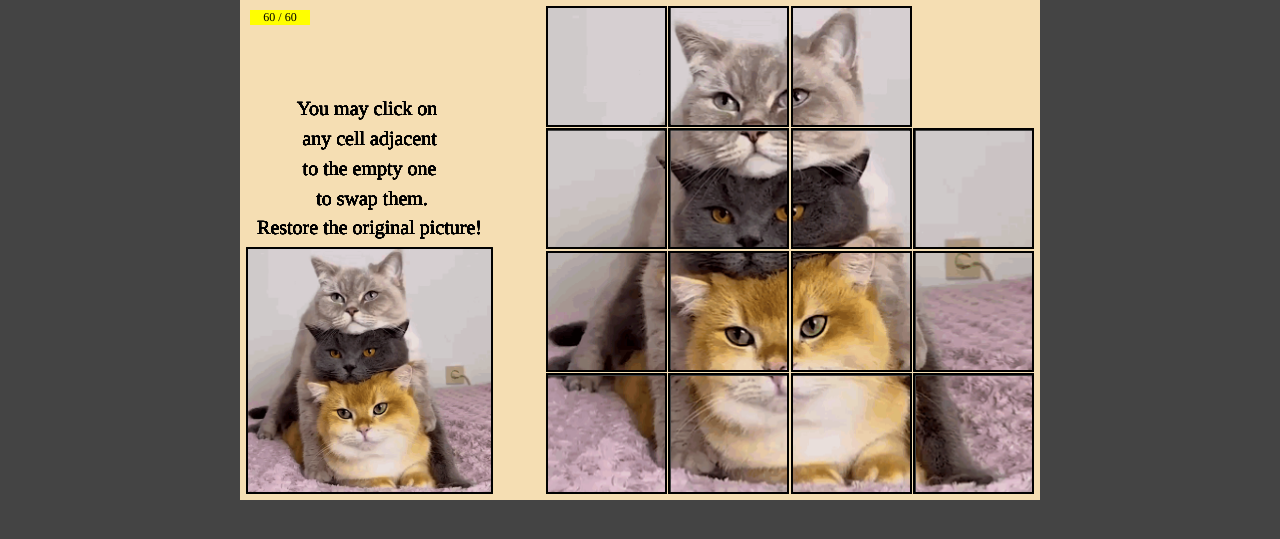
Repository: StevenZsombo/games
Page: docs/index.html
These files come from the project's save history. The page is drawn as it stood at one moment and after the next save; the edit follows.
The browser window is 1280 px wide. The pictures show the whole page.

Above is the page before, as saved 2025-07-02 20:59:07.

### docs/index.html
<!DOCTYPE html>
<html lang="en">

<head>
  <meta charset="UTF-8">
  <meta name="viewport" content="width=device-width, initial-scale=1.0">
  <title>Game by Steven Zs :)</title>
  <style>
    body {
      margin: 0;
      padding: 0;
      min-height: 100vh;
      display: flex;
      justify-content: center;
      background: #444;
    }

    #canvasContainer {
      margin: 0;
      max-width: 800px;
      max-height: 500px;
      width: 100%;
      background: #000000;
    }

    #canvasContainer.full {
      position: fixed;
      top: 0;
      left: 0;
      right: 0;
      bottom: 0;
      margin: 0;
      max-width: none;
      max-height: none;
      display: flex;
      align-items: center;
      justify-content: center;
    }

    canvas {
      display: block;
      background: #000000;
      aspect-ratio: 800/500;
      width: 100%;
      height: auto;
    }

    #canvasContainer.full canvas {
      width: min(100vw, calc(100vh * 1.6));
      height: min(100vh, calc(100vw / 1.6));
      max-width: none;
      max-height: none;
    }
  </style>
</head>

<body>
  <div id="canvasContainer">
    <canvas id="myCanvas" width="800" height="500"></canvas>
  </div>

  <script>
    function fullscreenToggle() {
      document.getElementById('canvasContainer').classList.toggle('full');
    }
  </script>
  <script src="MM.js"></script>
  <script src="scripts.js"></script>
  <script src="animations.js"></script>
  <script src="gui.js"></script>
  <script src="template.js"></script>
</body>

</html>

### docs/template.js
//should import scripts.js
const framerateUnlocked = false
const denybuttons = false

window.onload = function () {
    let canvas = document.getElementById("myCanvas")
    canvas.style.touchAction = 'none'
    canvas.style.userSelect = 'none'
    canvas.style.webkitUserDrag = 'none'
    document.addEventListener('dragover', (e) => {
        e.preventDefault()
        e.stopPropagation()
    }
    )
    document.addEventListener('drop', (e) => {
        e.preventDefault()
        e.stopPropagation()
    }
    )
    canvas.tabIndex = 0
    //canvas.focus()
    beforeMain(canvas)
}

const beforeMain = function (canvas) {
    cropper = new Cropper()
    const cont = {}
    cropper.load_images("cats.png arrows.png".split(" "), cont, () => {
        files.push(cont["cats.png"])
        files.push(cont["arrows.png"])
        main(canvas)
    })


}

const main = function (canvas) {
    canvas ??= document.getElementById("myCanvas")
    game = new Game(canvas)
    game.tick()
}

class Game {
    constructor(canvas) {
        this.canvas = canvas
        this.screen = canvas.getContext("2d")
        this.WIDTH = canvas.width
        this.HEIGHT = canvas.height
        this.SIZE = {
            x: this.WIDTH,
            y: this.HEIGHT
        }
        this.rect = new Rect(0, 0, this.WIDTH, this.HEIGHT)
        this.BGCOLOR = stgs.BGCOLOR ?? "lightgray"
        //null for transparent
        this.CENTER = {
            x: this.SIZE.x / 2,
            y: this.SIZE.y / 2
        }

        this.mouser = new Mouser(canvas)
        this.keyboarder = new Keyboarder(denybuttons)
        this.framerate = new Framerater(true)
        this.framerateUnlocked = framerateUnlocked //redundant unless reused
        this.animator = new Animator()

        this.on_update_extras = []
        this.on_draw_extras = []
        this.append = []

        this.layers = Array(10).fill([])
        this.clickables = []

        this.add_clickable(this.framerate.button) //may be unwise


        this.lastCycleTime = Date.now()

        this.isRunning = true
        this.isDrawing = true

        this.initialize()
        this.initialize_more()
    }
    initialize() {

    }

    tick() {
        if (!this.isDrawing) {
            this.drawnAlready = true
        }
        if (!this.isRunning) {
            return
        }
        const now = Date.now()
        const dt = (now - this.lastCycleTime)
        this.lastCycleTime = now

        const screen = this.screen
        this.drawnAlready ? null : this.draw_reset(screen)
        this.update(dt)
        this.update_more(dt)
        this.on_update_extras.forEach(x => x.call(this))
        this.drawnAlready ? null : this.draw(screen)
        this.drawnAlready ? null : this.draw_more(screen)
        this.on_draw_extras.forEach(x => x.call(this))
        this.next_loop()
        this.next_loop_more()
        this.append.forEach(x => x.call(this))
        this.append.length = 0
        if (!this.isRunning) {
            return
        }

        this.framerate.update(dt, this.drawnAlready)
        if (!this.framerateUnlocked) {
            requestAnimationFrame(this.tick.bind(this))
        } else {
            setTimeout(this.tick.bind(this), 0)
            if (!this.drawnAlready) {
                this.drawnAlready = true
                requestAnimationFrame((function () { this.drawnAlready = false }).bind(this))
                this.animator.draw()
            }
        }




    }

    update(dt) {
        //update
        const now = Date.now()
        this.keyboarder.update(dt, now)
        this.update_clickables(dt)
        this.animator.update(dt)
        this.update_more(dt)

    }

    update_clickables(dt) {
        for (const b of this.clickables) {
            b.check(this.mouser.x, this.mouser.y, this.mouser.clicked, this.mouser.released, this.mouser.held)
        }

    }

    draw(screen) {
        //draw
        this.draw_layers(screen)
        this.framerate.draw(screen)

    }

    draw_reset(screen) {
        if (this.BGCOLOR) {
            screen.fillStyle = this.BGCOLOR
            screen.fillRect(0, 0, this.WIDTH, this.HEIGHT)
        } else {
            screen.clearRect(0, 0, this.WIDTH, this.HEIGHT)
        }
    }

    draw_layers(screen) {
        for (const layer of this.layers) {
            for (const item of layer) {
                item.draw(screen)
            }
        }
    }

    next_loop() {
        this.mouser.next_loop()
        this.keyboarder.next_loop()
    }
    close() {
        this.isRunning = false
        setTimeout(x => game.screen.fillRect(0, 0, game.WIDTH, game.HEIGHT), 100)

    }
    add_clickable(item, layer = 5) {
        this.add_drawable(item, layer)
        this.clickables.push(item)
    }
    add_drawable(item, layer = 5) {
        this.layers[layer].push(item)
    }


    ////////////////////////////////////////////////////////////////////////////////////////////////////////////////////
    ////////////////////////////////////////////////////////////////////////////////////////////////////////////////////
    ////////////////////////////////////////////////////////////////////////////////////////////////////////////////////
    ////////////////////////////////////////////////////////////////////////////////////////////////////////////////////
    ////////////////////////////////////////////////////////////////////////////////////////////////////////////////////
    ///                                             customize here                                                   ///
    /// ////////////////////////////////////////////////////////////////////////////////////////////////////////////////
    ///                                                                                                              ///
    ///         these are called  when appropriate                                                                   ///
    ///                                                                                                              ///
    ///         initialize_more                                                                                      ///
    ///         draw_more                                                                                            ///
    ///         update_more                                                                                          ///
    ///         next_loop_more                                                                                       ///
    ///                                                                                                              ///
    ///                                                                                                              ///
    ///                                                                                                              ///
    ///                                                                                                              ///
    ///                                                                                                              ///
    ///                                                                                                              ///
    ///                                                                                                              ///
    ///                                                                                                              ///
    ///                                                                                                              ///
    ///                                                                                                              ///
    ///                                                                                                              ///
    ///                                                                                                              ///
    ///                                                                                                              ///
    ///                                                                                                              ///
    ///                                             INITIALIZE                                                       ///
    /// start initialize_more:::::::::::::::::::::::::::::::::::::::::::::::::::::::::::::::::::::::::::::::::::::::::::
    initialize_more() {
        const butGrid = new Rect(0, 0, 500, 500).
            deflate(10, 10).
            centerinRect(this.rect).
            move(150, 0).
            splitGrid(4, 4)

        this.butGrid = butGrid.map((x, i) => x.map((b, j) => {
            b = Button.fromRect(b)
            b.deflate(6, 6)
            b.outline = 4
            this.add_clickable(b)
            b.tag = [i, j]
            b.origTag = [i, j]
            b.interactable = false
            return b
        }))

        this.buts = this.butGrid.flat()

        this.empty = this.butGrid[0][3]
        this.empty.color = "orange"
        this.empty.outline = 0
        this.empty.transparent = true
        this.victory = () => {
            if (this.buts.every(x => String(x.tag) == String(x.origTag))) {
                this.guidetxt.txt = "Congratulations!!!"
                //this.guidetxt.fontsize = 28
                const newanims = []
                MM.forr(3, x => {
                    newanims.push(new Anim(this.guidetxt, 200, "step", { varName: "fontsize", startVal: this.guidetxt.fontsize, endVal: 32 }))
                    newanims.push(new Anim(this.guidetxt, 200, "step", { varName: "fontsize", startVal: 32, endVal: this.guidetxt.fontsize, }))
                    newanims.push(new Anim(this.guidetxt, 500, "step", { varName: "rad", startVal: 0, endVal: TWOPI }))
                }
                )
                const vic = this.victory
                newanims.at(-1).on_end = () => { this.victory = vic }
                this.animator.add_sequence(
                    newanims
                )
                this.victory = () => { }
            }
        }
        this.swap = (bu, bw, animate = stgs.clickAnimationSpeed, dontCheck = false) => {
            if (bu === bw) {
                return
            }
            const [i, j] = bu.tag
            if (!dontCheck && ![[i + 1, j], [i - 1, j], [i, j - 1], [i, j + 1]].map(String).includes(String(bw.tag))) {
                return
            }
            const buc = bu.center
            const bwc = bw.center
            bu.centeratV(bwc)
            bw.centeratV(buc)
            const butag = bu.tag
            bu.tag = bw.tag
            bw.tag = butag
            if (animate) {
                this.buts.forEach(b => b.interactable = false)
                this.animator.add_anim(bu, animate, "moveFrom", { x: bw.x, y: bw.y })
                this.animator.add_anim(bw, animate, "moveFrom", {
                    x: bu.x, y: bu.y,
                    on_end: () => game.buts.forEach(b => b.interactable = true)
                })
            }
            this.victory()
        }

        this.buts.forEach(b => {
            b.on_click = () => {
                this.swap(b, game.empty)
            }
        })

        this.cropper = new Cropper()
        const cropper = this.cropper
        let imgs = cropper.cropGrid(files[0], 4, 4).flat()
        for (let [img, but] of MM.zip(imgs, this.buts)) {
            but.img = img
        }

        //this.butGrid[this.empty.i][this.empty.j].color = "blue"
        this.shuffle = (animate = 100, times = 30) => {
            for (let i = 0; i < times; i++) {
                const doit = () => {
                    const bu = MM.choice(this.buts.filter(x => x != this.empty))
                    const bw = MM.choice(this.buts.filter(x => x !== bu && x !== this.empty))
                    this.swap(bu, bw, animate, true)
                }
                if (animate) {
                    setTimeout(doit.bind(this), i * 100 * 1.1)
                } else {
                    doit()
                }
            }
        }

        this.shuffle = () => { }

        this.guide = Button.fromRect(new Rect(0, 0, 0, 0))
        this.guide.leftat(0)
        this.guide.width = this.buts[0].left
        this.guide.y = 2 / 3 * this.HEIGHT
        this.guide.shrinkToSquare(true)
        this.guide.deflate(65, 0)
        this.guide.shrinkToSquare()
        this.guide.outline = 3
        this.guide.bottomat(this.buts.at(-1).bottom)
        this.guide.leftat(this.HEIGHT - this.guide.bottom)
        this.guide.img = files[0]
        this.guidetxt = new Button()
        this.guidetxt.width = this.guide.width
        this.guidetxt.leftat(this.guide.left)
        this.guidetxt.height = this.guide.top
        this.guidetxt.deflate(0, 100)
        this.guidetxt.bottomat(this.guide.top)
        this.guidetxt.move(0, -5)
        this.guidetxt.transparent = true
        this.guidetxt.fontsize = 20
        this.guidetxt.txt = "You may click on \n any cell adjacent \n to the empty one \n to swap them.\nRestore the original picture!"

        this.add_clickable(this.guidetxt)



        this.add_clickable(this.guide)
        this.guide.opacity = 1
        this.guidetxt.opacity = 1
        if (stgs.animationOnStartup) {
            this.empty.origSize = this.empty.size
            this.animator.add_sequence(
                new Anim(this.empty, 100, "delay", { on_end: () => this.empty.resize(1, 1) }),
                new Anim(this.empty, 500, "scaleFromSize", {
                    w: this.empty.origSize.width, h: this.empty.origSize.height,
                    on_end: () => {
                        this.empty.img = files[1]
                        this.empty.opacity = 1
                    }
                }),
                new Anim(this.empty, 10, "delay", {
                    on_end: () => { this.empty.resize(this.empty.origSize.width, this.empty.origSize.height) }
                }),
                new Anim(this.empty, 300, "scaleFromSize", {
                    w: 1, h: 1,
                    on_end: () => {
                        this.shuffle()
                        this.buts.forEach(b => b.interactable = true)
                        setTimeout(() => {
                            game.animator.add_anim(game.guidetxt, 600, "step", {
                                varName: "opacity", startVal: 1, endVal: 0
                            })
                            game.animator.add_anim(game.guide, 600, "step", {
                                varName: "opacity", startVal: 1, endVal: 0,
                                on_end: () => {
                                    game.guide.opacity = 0
                                    game.guidetxt.opacity = 0
                                }
                            })
                        }, 4000)
                    }
                }
                )
            )


        } else {
            this.empty.img = null //files[1]
            this.empty.opacity = 1
            this.shuffle(false, 30)
            this.buts.forEach(b => b.interactable = true)
            this.guide.opacity = 0
            this.guidetxt.opacity = 0
        }

        this.moveDic = {
            "a": [0, -1],
            "d": [0, 1],
            "w": [-1, 0],
            "s": [1, 0]
        }

        this.trymoving = (where) => {
            const pos = [...this.moveDic[where]]
            if (stgs.keyboardControlsInverted) {
                pos[0] *= -1
                pos[1] *= -1
            }
            pos[0] += this.empty.tag[0]
            pos[1] += this.empty.tag[1]
            const oth = this.buts.find(x => String(x.tag) == String(pos))
            if (oth && this.empty.interactable && oth.interactable) {
                this.swap(oth, this.empty)
            }
        }




    }
    ///end initialize_more^^^^^^^^^^^^^^^^^^^^^^^^^^^^^^^^^^^^^^^^^^^^^^^^^^^^^^^^^^^^^^^^^^^^^^^^^^^^^^^^^^^^^^^^^^^^
    ///                                         ^^^^INITIALIZE^^^^                                                   ///
    ///                                                                                                              ///
    ///                                               UPDATE                                                         ///
    /// start update_more:::::::::::::::::::::::::::::::::::::::::::::::::::::::::::::::::::::::::::::::::::::::::::::::
    update_more(dt) {
        const press = "w a s d".split(" ").find(x => this.keyboarder.pressed[x])
        press && this.trymoving(press)



    }
    ///end update_more^^^^^^^^^^^^^^^^^^^^^^^^^^^^^^^^^^^^^^^^^^^^^^^^^^^^^^^^^^^^^^^^^^^^^^^^^^^^^^^^^^^^^^^^^^^^^^^^
    ///                                           ^^^^UPDATE^^^^                                                     ///
    ///                                                                                                              ///
    ///                                                DRAW                                                          ///
    ///start update_more::::::::::::::::::::::::::::::::::::::::::::::::::::::::::::::::::::::::::::::::::::::::::::::::
    draw_more(screen) {






    }
    ///end draw_more^^^^^^^^^^^^^^^^^^^^^^^^^^^^^^^^^^^^^^^^^^^^^^^^^^^^^^^^^^^^^^^^^^^^^^^^^^^^^^^^^^^^^^^^^^^^^^^^^^
    ///                                            ^^^^DRAW^^^^                                                      ///
    ///                                                                                                              ///
    ///                                              NEXT_LOOP                                                       ///
    ///start next_loop_more:::::::::::::::::::::::::::::::::::::::::::::::::::::::::::::::::::::::::::::::::::::::::::::
    next_loop_more() {

    }
    ///end next_loop_more^^^^^^^^^^^^^^^^^^^^^^^^^^^^^^^^^^^^^^^^^^^^^^^^^^^^^^^^^^^^^^^^^^^^^^^^^^^^^^^^^^^^^^^^^^^^^
    ///                                          ^^^^NEXT_LOOP^^^^                                                   ///
    ///                                                                                                              ///
    ///                                                                                                              ///
    /// ////////////////////////////////////////////////////////////////////////////////////////////////////////////////
} //this is the last closing brace

/// dev options
const dev = {

}/// end of dev
/// settings
const stgs = {
    clickAnimationSpeed: 50,
    animationOnStartup: false,
    BGCOLOR: "wheat",
    keyboardControlsInverted: false
}

const files = []
/// global dictionary
var game

Loaded but not shown: docs/scripts.js (711 lines, source omitted); docs/animations.js (419 lines, source omitted); docs/MM.js (296 lines, source omitted); docs/gui.js (278 lines, source omitted)

After the next save:
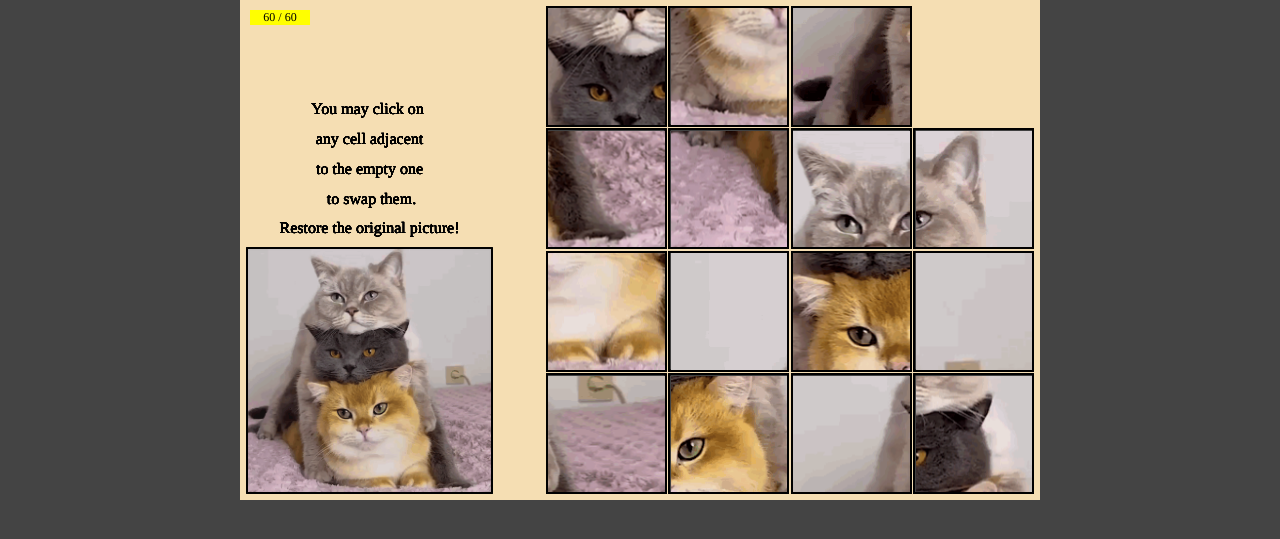
Saved 53 min 14 s later.
--- a/docs/template.js
+++ b/docs/template.js
@@ -246,11 +246,11 @@ class Game {
         this.victory = () => {
             if (this.buts.every(x => String(x.tag) == String(x.origTag))) {
                 this.guidetxt.txt = "Congratulations!!!"
-                //this.guidetxt.fontsize = 28
+
                 const newanims = []
                 MM.forr(3, x => {
                     newanims.push(new Anim(this.guidetxt, 200, "step", { varName: "fontsize", startVal: this.guidetxt.fontsize, endVal: 32 }))
-                    newanims.push(new Anim(this.guidetxt, 200, "step", { varName: "fontsize", startVal: 32, endVal: this.guidetxt.fontsize, }))
+                    newanims.push(new Anim(this.guidetxt, 200, "step", { varName: "fontsize", startVal: 32, endVal: 20, }))
                     newanims.push(new Anim(this.guidetxt, 500, "step", { varName: "rad", startVal: 0, endVal: TWOPI }))
                 }
                 )
@@ -317,7 +317,6 @@ class Game {
             }
         }
 
-        this.shuffle = () => { }
 
         this.guide = Button.fromRect(new Rect(0, 0, 0, 0))
         this.guide.leftat(0)
@@ -338,7 +337,7 @@ class Game {
         this.guidetxt.bottomat(this.guide.top)
         this.guidetxt.move(0, -5)
         this.guidetxt.transparent = true
-        this.guidetxt.fontsize = 20
+        this.guidetxt.fontsize = 16
         this.guidetxt.txt = "You may click on \n any cell adjacent \n to the empty one \n to swap them.\nRestore the original picture!"
 
         this.add_clickable(this.guidetxt)
@@ -365,7 +364,7 @@ class Game {
                 new Anim(this.empty, 300, "scaleFromSize", {
                     w: 1, h: 1,
                     on_end: () => {
-                        this.shuffle()
+                        this.shuffle(true, 30)
                         this.buts.forEach(b => b.interactable = true)
                         setTimeout(() => {
                             game.animator.add_anim(game.guidetxt, 600, "step", {
@@ -465,8 +464,8 @@ const dev = {
 }/// end of dev
 /// settings
 const stgs = {
-    clickAnimationSpeed: 50,
-    animationOnStartup: false,
+    clickAnimationSpeed: 100,
+    animationOnStartup: true,
     BGCOLOR: "wheat",
     keyboardControlsInverted: false
 }
